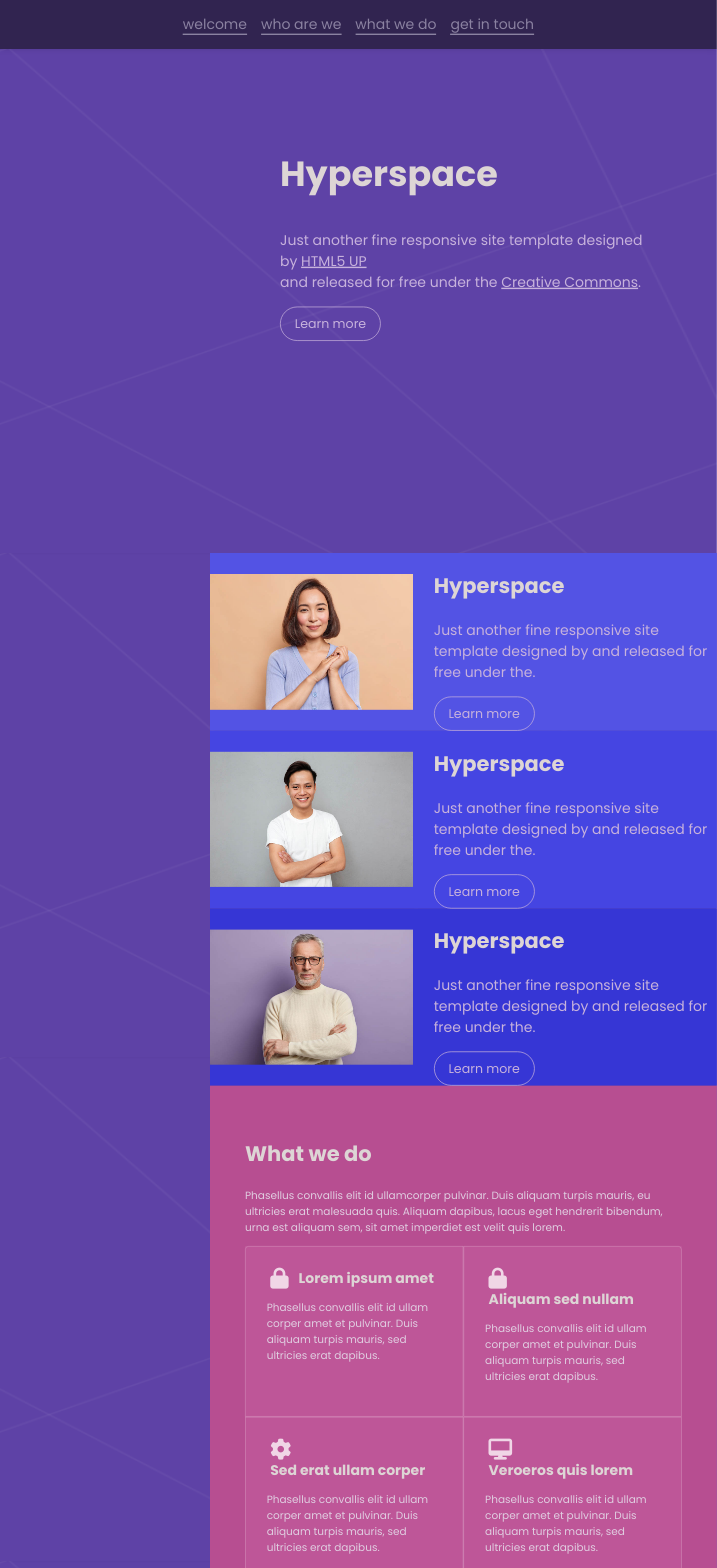
Repository: zai31/KIMIT_Tasks
Page: JsSession8/index.html
The author's editor kept a copy of each file at every save. The page is drawn from the files as they stood at one save, then again after the next save.
The browser window is 1024 px wide. The pictures show the part of the page from y = 0 to 2240 px (the page is 3562 px tall before and 3492 px after), at 70% of full size.
Backgrounds fixed to the window are drawn as part of the page.

Above is the page before, as saved 2025-09-17 15:40:54.

### JsSession8/index.html
<!DOCTYPE html>
<html lang="en">
<head>
    <meta charset="UTF-8">
    <meta name="viewport" content="width=device-width, initial-scale=1.0">
    <link rel="stylesheet" href="./css/style.css">
	<link href="https://cdnjs.cloudflare.com/ajax/libs/font-awesome/6.5.2/css/all.min.css" rel="stylesheet">

    <title>Responsive</title>
</head>

<body>
    <section  class="flex-section">
        <div class="menu">
        <ul>
            <li><a href="#">welcome</a></li>
            <li><a href="#">who are we</a></li>
            <li><a href="#">what we do</a></li>
            <li><a href="#">get in touch</a></li>
        </ul>
</div>
<div class="section">
    <div class="content">
      <div class="intro">
							<h1>Hyperspace</h1>
							<p>Just another fine responsive site template designed by <a href="https://html5up.net">HTML5 UP</a><br>
							and released for free under the <a href="https://html5up.net/license">Creative Commons</a>.</p>
							<button>Learn more</button>

						</div>
    <div class="overview">
        <div class="s" style="background-color: rgb(83, 83, 228);">
           <img src="./images/1.jpg" alt="">

							<div ><h1>Hyperspace</h1>
                                <p>Just another fine responsive site template designed by
							and released for free under the.</p>
							<button>Learn more</button></div>
        </div>
        <div class="s" style="background-color: rgb(69, 69, 226);">
            <img src="./images/2.jpg" alt="">
							<div >
                                           	<h1>Hyperspace</h1>
<p>Just another fine responsive site template designed by
							and released for free under the.</p>
							<button>Learn more</button></div>
        </div>
        <div class="s" style="background-color: rgb(54, 54, 213);">
            <img src="./images/3.jpg" alt="">
							<div >
                                           	<h1>Hyperspace</h1>
<p>Just another fine responsive site template designed by
							and released for free under the.</p>
							<button>Learn more</button></div>
        </div>
    <div class="what">
							<h2 style="font-size: 30px;">What we do</h2>
							<p>Phasellus convallis elit id ullamcorper pulvinar. Duis aliquam turpis mauris, eu ultricies erat malesuada quis. Aliquam dapibus, lacus eget hendrerit bibendum, urna est aliquam sem, sit amet imperdiet est velit quis lorem.</p>
							<div class="features">
								<section style="border-radius:5px 0px 0px 0 ;">
									<span style="color: rgba(255, 255, 255, 0.759); font-size: 30px;" class="fa-solid fa-lock"></span>
									<h3 >Lorem ipsum amet</h3>
									<p>Phasellus convallis elit id ullam corper amet et pulvinar. Duis aliquam turpis mauris, sed ultricies erat dapibus.</p>
								</section>
								<section style="border-radius:0 5px 0px 0 ;">
									<span style="color: rgba(255, 255, 255, 0.759); font-size: 30px;" class="fa-solid fa-lock"></span>
									<h3>Aliquam sed nullam</h3>
									<p>Phasellus convallis elit id ullam corper amet et pulvinar. Duis aliquam turpis mauris, sed ultricies erat dapibus.</p>
								</section>
								<section>
									<span style="color: rgba(255, 255, 255, 0.759); font-size: 30px;" class="fa-solid  fa-cog"></span>
									<h3>Sed erat ullam corper</h3>
									<p>Phasellus convallis elit id ullam corper amet et pulvinar. Duis aliquam turpis mauris, sed ultricies erat dapibus.</p>
								</section>
								<section>
									<span style="color: rgba(255, 255, 255, 0.759); font-size: 30px;" class="fa-solid fa-desktop"></span>
									<h3>Veroeros quis lorem</h3>
									<p>Phasellus convallis elit id ullam corper amet et pulvinar. Duis aliquam turpis mauris, sed ultricies erat dapibus.</p>
								</section>
								<section style="border-radius:0 0px 0px 5px  ;">
									<span class="fa-solid fa-link" style="color: rgba(255, 255, 255, 0.759); font-size: 30px;"></span>
									<h3>Urna quis bibendum</h3>
									<p>Phasellus convallis elit id ullam corper amet et pulvinar. Duis aliquam turpis mauris, sed ultricies erat dapibus.</p>
								</section>
								<section style="border-radius:0 0px 5px 0 ;">
									<span class="fa-solid fa-gem" style="color: rgba(255, 255, 255, 0.759); font-size: 30px;" ></span>
									<h3>Aliquam urna dapibus</h3>
									<p>Phasellus convallis elit id ullam corper amet et pulvinar. Duis aliquam turpis mauris, sed ultricies erat dapibus.</p>
								</section>
							</div>
							<ul class="actions">
								<li style="list-style: none;"><a href="generic.html" class="button" style="text-decoration: none; color: thistle;">Learn more</a></li>
							</ul>

    </div>
                        </div>
	<div class="form">
		<h2 style="font-size: 30px;">Get in touch</h2>
							<p>Phasellus convallis elit id ullamcorper pulvinar. Duis aliquam turpis mauris, eu ultricies erat malesuada quis. Aliquam dapibus, lacus eget hendrerit bibendum, urna est aliquam sem, sit amet imperdiet est velit quis lorem.</p>
							<div class="formS"><form action="">
								<div class="fields">

								<div class="row">

									<div class="field">
										<label for="name">Name</label>
										<input type="text" name="name" id="name" />
									</div>
									<div class="field">
										<label for="email">Email</label>
										<input type="email" name="email" id="email" />
									</div></div>
									<div class="field">
										<label for="message">Message</label>
										<textarea name="message" id="message" rows="3"></textarea>
									</div>
								</div>
								<ul style="list-style: none;padding: 0px;" class="actions">
									<li><input type="submit" value="Send" /></li>
								</ul>
							</form>
							<div class="line"></div>
							<section>
								<ul style="list-style: none;" class="contact">
										<li>
											<h3>Address</h3>
											<span>12345 Somewhere Road #654<br>
											Nashville, TN 00000-0000<br>
											USA</span>
										</li>
										<li>
											<h3>Email</h3>
											<a href="#">user@untitled.tld</a>
										</li>
										<li>
											<h3>Phone</h3>
											<span>(000) 000-0000</span>
										</li>
										<li>
											<h3>Social</h3>
											<ul style="list-style: none; display: flex; padding: 0px;gap: 10px;" class="icons">
												<li><a href="#" class="fa-brands fa-twitter"><span class="label"></span></a></li>
												<li><a href="#" class="fa-brands fa-facebook"><span class="label"></span></a></li>
												<li><a href="#" class="fa-brands fa-github"><span class="label"></span></a></li>
												<li><a href="#" class="fa-brands fa-instagram"><span class="label"></span></a></li>
												<li><a href="#" class="fa-brands fa-linkedin-in"><span class="label"></span></a></li>
											</ul>
										</li>
									</ul>
							</section>

							</div>
	</div>
	<div class="footer">
					<ul style="list-style: none;color: rgba(240, 248, 255, 0.3);display:flex;gap: 10px;">
						<li >© Untitled. All rights reserved.</li>
						<li style="width: 1px; background-color: rgba(255, 255, 255, 0.253);height:16px;margin: auto 0;"></li>
						<li>Images: <a style="text-decoration: none;color: rgba(255, 255, 255, 0.253);" href="http://unsplash.com">Unsplash</a></li>
						<li style="width: 1px; background-color: rgba(255, 255, 255, 0.253);height:16px;margin: auto 0;"></li>

						<li>Design: <a  style="text-decoration: none;color: rgba(255, 255, 255, 0.253);"href="https://html5up.net">HTML5 UP</a></li>
					</ul>
				</div>
							</div>
                        </div>

                    </section>
</body>
</html>

### JsSession8/CSS/style.css
@import url("https://fonts.googleapis.com/css2?family=Poppins:ital,wght@0,100;0,200;0,300;0,400;0,500;0,600;0,700;0,800;0,900;1,100;1,200;1,300;1,400;1,500;1,600;1,700;1,800;1,900&display=swap");

* {
    box-sizing: border-box;
    font-family: "Poppins", sans-serif;
}

:root {
    --sidebar-color: #312450;
    --primary-color: #5e42a6;
    --secondary-color: #b74e91;
    --section-bg-color: #c7b2dc;
    --dark-color: #000000;
    --navbar-bg-color: #273053;
    --p-color: #717275;
    --highlight-icon-color: #ff0100;
    --main-transition: 0.5s all ease-in-out;
}


html,
body {
    height: 100%;
    margin: 0;
    padding: 0;
}

.flex-section {
    display: flex;
    flex-direction: row;

}

/*side bar*/
.flex-section .menu {
    min-height: 100vh;
    /* ensures sidebar spans at least the full screen */
    height: auto;
    /* lets it grow with content */
    width: 300px;
    top: 0;
    left: 0;
    position: fixed;
    background-color: var(--sidebar-color);
    padding: 145px 30px;
    box-shadow: 0 0 10px rgba(0, 0, 0, 0.1);
}



.flex-section .menu ul {
    list-style: none;
    padding: 0;
    margin: 0;
    text-align: right;
}

.flex-section .menu ul li {
    margin-bottom: 10px;
    font-size: 20px;
    position: relative;
    /* needed for ::after positioning */
    padding-bottom: 10px;
}

.flex-section .menu ul li a {
    text-decoration: none;
    color: #8b82a1;

}

.flex-section .menu ul li::after {
    content: "";
    position: absolute;
    left: 0;
    bottom: 0;
    width: 100%;
    /* stick to the bottom */
    height: 2px;
    background-color: #8b82a1;
    /* thickness of underline */
    transition: width 0.3s ease;
}

/*use js*/
.flex-section .menu ul li a:hover::after {
    width: 100%;
    /* expand underline on hover */
}


.flex-section .menu ul li a:hover {
    color: #b5b8bf;
}

.flex-section .menu ul li a:active {
    color: #5e42a6;
}

.flex-section .menu ul li a:active::after {
    background: linear-gradient(to right, #4b0082, #8b00ff, #981196);
}

/*****respponsive *****/
@media screen and (max-width: 1024px) {
  .flex-section {
    flex-direction: column; /* stack menu on top */
  }

  .flex-section .menu {
    position: relative;   /* no longer fixed on side */
    width: 100%;
    height: auto;
    min-height: auto;
    padding: 20px;
    display: flex;
    justify-content: center;
    align-items: center;
  }

  .flex-section .menu ul {
    display: flex;
    flex-direction: row;
    justify-content: center;
    gap: 20px;
    text-align: center;
    width: 100%;
  }

  .flex-section .menu ul li {
    margin: 0;
    padding: 0;
  }

  .flex-section .section {
    padding-left: 0;
  }
}

/**************content*************/

/*content first section */
.flex-section .section {
    flex: 1;
    background-color: var(--section-bg-color);
    background-attachment: fixed;
    background-image: url("../assets/css/images/Screenshot\ 2025-09-15\ 075920.png");
    background-position: top right;
    background-repeat: no-repeat;
    background-size: 100% 100%;
    padding-left: 300px;
}

.flex-section .section .content {
    display: flex;
    flex-direction: column;
    width: 100%;
}

.flex-section .section .content .intro {
    padding: 100px;
    width: 100%;
    height: 100vh;
}

.flex-section .section .content .intro h1 {
    color: rgb(221, 213, 213);
    font-size: 50px;
}

.flex-section .section .content .intro p,
.flex-section .section .content .intro a {
    color: var(--section-bg-color);
    font-size: 20px;
}

.flex-section .section .content .intro a:hover {
    color: #fefefe;
    text-decoration: none;
}

.flex-section .section .content .intro button {
    color: var(--section-bg-color);
    background-color: transparent;
    border: 1px solid var(--section-bg-color);
    padding: 10px 20px;
    border-radius: 25px;
    cursor: pointer;
    text-decoration: none;
    font-size: 18px;
}

.flex-section .section .content .intro button:hover {
    background-color: #6f54b6;
}




/*content second section */

.flex-section .section .content .overview .s {
    display: flex;
    flex-direction: row;
    align-items: center;
    gap: 30px;
}

.flex-section .section .content .overview .s h1 {
    color: rgb(221, 213, 213);
    font-size: 30px;
}

.flex-section .section .content .overview .s p {
    color: var(--section-bg-color);
    font-size: 20px;
}

.flex-section .section .content .overview .s button {
    color: var(--section-bg-color);
    background-color: transparent;
    border: 1px solid var(--section-bg-color);
    padding: 10px 20px;
    border-radius: 25px;
    cursor: pointer;
    text-decoration: none;
    font-size: 18px;
}

.flex-section .section .content .overview .s button:hover {
    background-color: rgb(77, 77, 246);
}

.flex-section .section .content .overview .s img {
    width: 40%;
}

/**responsive**/
@media screen and (min-width: 425px) and (max-width: 768px) and (orientation: portrait) {

    .flex-section .section {
        padding-left: 0; /* remove left offset since sidebar is gone */
    }
   .flex-section .section .content .overview .s {
        display: flex;
        flex-direction: column;
    }
    .flex-section .section .content .overview .s div {
        padding: 50px;
    }

    .flex-section .section .content .overview .s img {
        width: 100%;
    }

}

/*what section*/

.flex-section .section .content .what {
    padding: 50px;
    width: 100%;
    background-color: var(--secondary-color);
}

.flex-section .section .content .what h3,
.flex-section .section .content .what h2 {
    color: rgb(221, 213, 213);
    font-size: 20px;
}
.flex-section .section .content .what p {
    color: #e0cee1;
    font-size: 15px;
}

.flex-section .section .content .what .features{
    display: flex;
    flex-direction: row;
    flex-wrap: wrap;
    background-color: #be5698;


}
.flex-section .section .content .what .features section {
 flex: 1 1 50%;     /* grow/shrink, ~half width with gap */
 border: 0.5px solid rgba(255, 255, 255, 0.248);
 box-sizing: border-box;
 padding: 30px;

}
.flex-section .section .content .what .actions {
   color: var(--section-bg-color);
    background-color: transparent;
    border: 1px solid var(--section-bg-color);
    padding: 10px 20px;
    border-radius: 25px;
    cursor: pointer;
    text-decoration: none;
    font-size: 18px;
    width: 150px;
}

 .what .actions:hover {
    background-color: rgb(212, 107, 177);
}
.features section span,
.features section h3 {
  display: inline-block;
  vertical-align: middle;
  margin: 0 5px;
}
 @media screen and (min-width: 425px) and (max-width: 768px) and (orientation: portrait) {

.flex-section .section .content .what .features section {
 flex: 1 1 100%;     /* grow/shrink, full width with gap */

}

 }
/*form*/

.form {
    padding: 50px;
    width: 100%;
    background-color: var(--primary-color);

}
.form .formS
{
   display: flex;
   flex-direction: row;
}
.form h2 {
    color: rgba(221, 213, 213, 0.873);
    font-size: 30px;
}
.form p {
    color: #e0cee19d;
    font-size: 15px;
}
 .fields {
    display: flex;
    flex-direction: row;
    flex-wrap: wrap;
    width: 80%;
    border-radius: 10px;
    height: 80%;
    gap: 20px;
}

.field {
  display: flex;
  flex-direction: column;
  flex: 1; /* make name and email share equal width */
}
.field input, .field textarea{
    background-color: transparent;
    border: 1px solid #e0cee127;
    border-radius: 5px;
    cursor: pointer;
    text-decoration: none;
    font-size: 18px;
    color: #e0cee19d;
}
.field label {
    color: #e0cee19d;
    font-size: 17px;
}
.contact-info {
  flex: 1; /* right side column */
  color: #e0cee19d;
}

.form .fields .row {
    display: flex;
    flex-direction: row;
    flex-wrap: wrap;
    width: 100%;
    gap: 20px;}

    .field textarea
    {
        height: 200px;
    }
.line {
    width: 2px;
    background-color:#ffffff28; /* or border-left: 1px solid #e0cee127; */
    margin: 0 15px; /* spacing from form and contact info */
    align-self: stretch; /* makes it fill the full height of the flex container */
}
.formS .contact{
    width: 100%;
}
.formS .contact h3 {
    color: rgba(221, 213, 213, 0.873);
    font-size: 20px;
}
.formS .contact span {
    color: #e0cee19d;
    font-size: 15px;
}
.formS .actions input
{
    color: var(--section-bg-color);
    background-color: transparent;
    border: 1px solid var(--section-bg-color);
    padding: 10px 20px;
    border-radius: 25px;
    cursor: pointer;
    text-decoration: none;
    font-size: 16px;
    width: 140px;
    list-style: none;
}
 @media screen and (min-width: 425px) and (max-width: 768px) and (orientation: portrait) {

.form .formS
{
   display: flex;
   flex-direction: column;
}
 .line {
    width: 100%;          /* full width */
    height: 2px;          /* thin horizontal */
    background-color:#ffffff28;
    margin: 20px 0;       /* space above and below */
  }


 }

.footer
{
    padding: 50px;
    width: 100%;
    height: 140px;
    background-color:#413167;
}

After the next save:
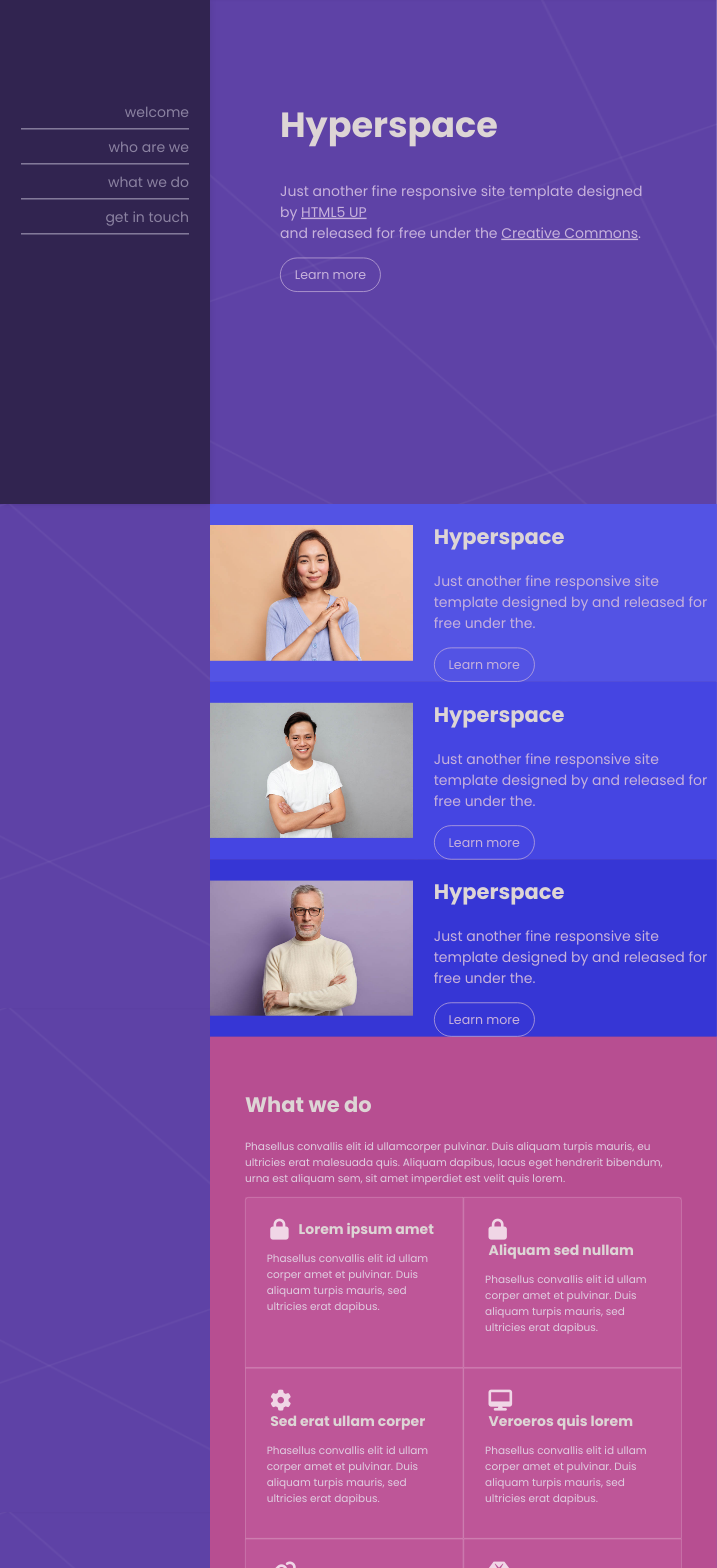
Saved 24 s later.
--- a/JsSession8/CSS/style.css
+++ b/JsSession8/CSS/style.css
@@ -102,7 +102,7 @@ body {
 }
 
 /*****respponsive *****/
-@media screen and (max-width: 1024px) {
+@media screen and (max-width: px) {
   .flex-section {
     flex-direction: column; /* stack menu on top */
   }
